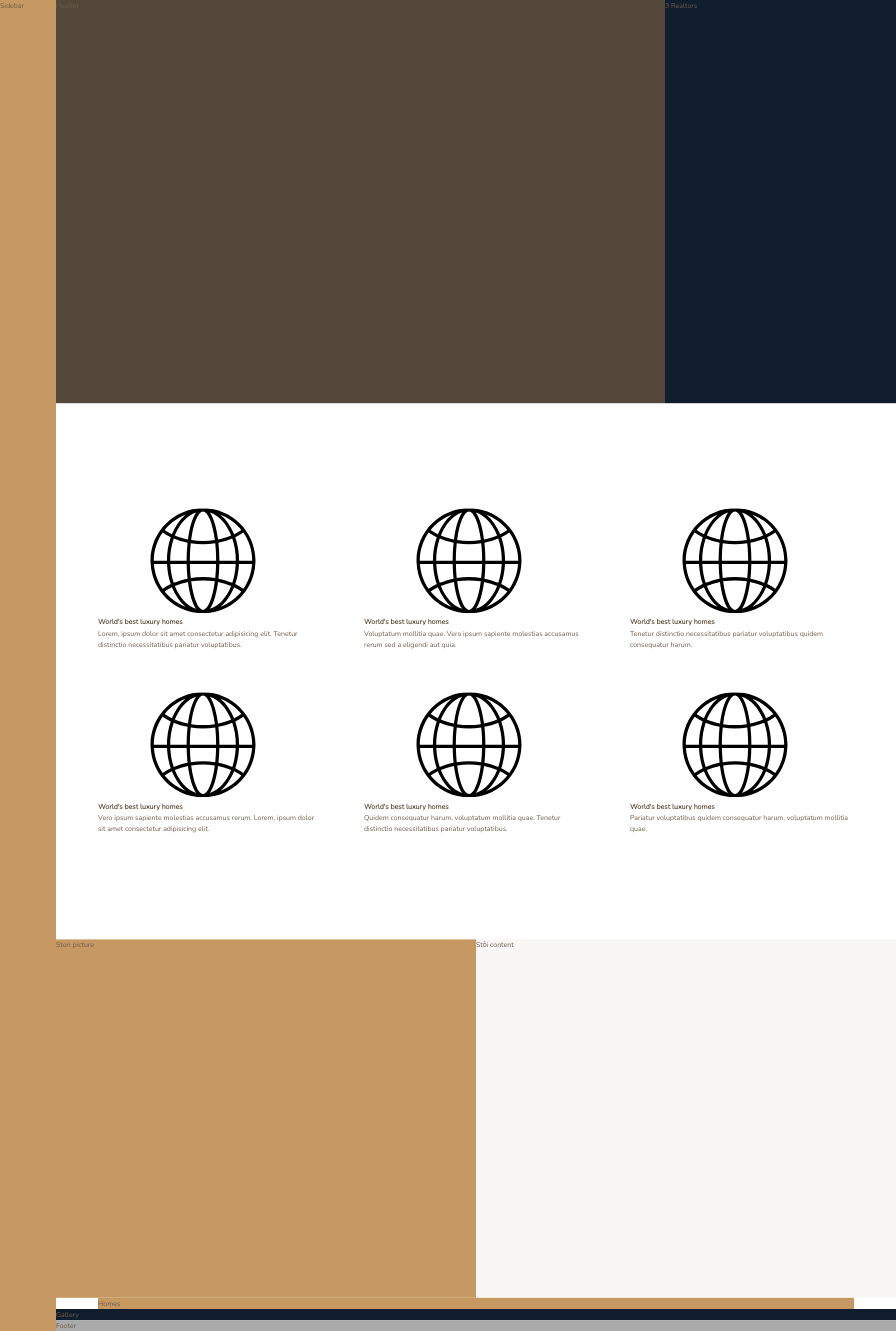
Repository: m2pd/your-home
Page: index.html
These files come from the project's save history. The page is drawn as it stood at one moment and after the next save; the edit follows.
The browser window is 1280 px wide. The pictures show the whole page, at 70% of full size.
The style sheet was rebuilt from its Sass, Less or Tailwind sources for each picture, by a compiler version that may differ from the author's.

Above is the page before, as saved 2020-02-27 09:19:31.

After the next save:
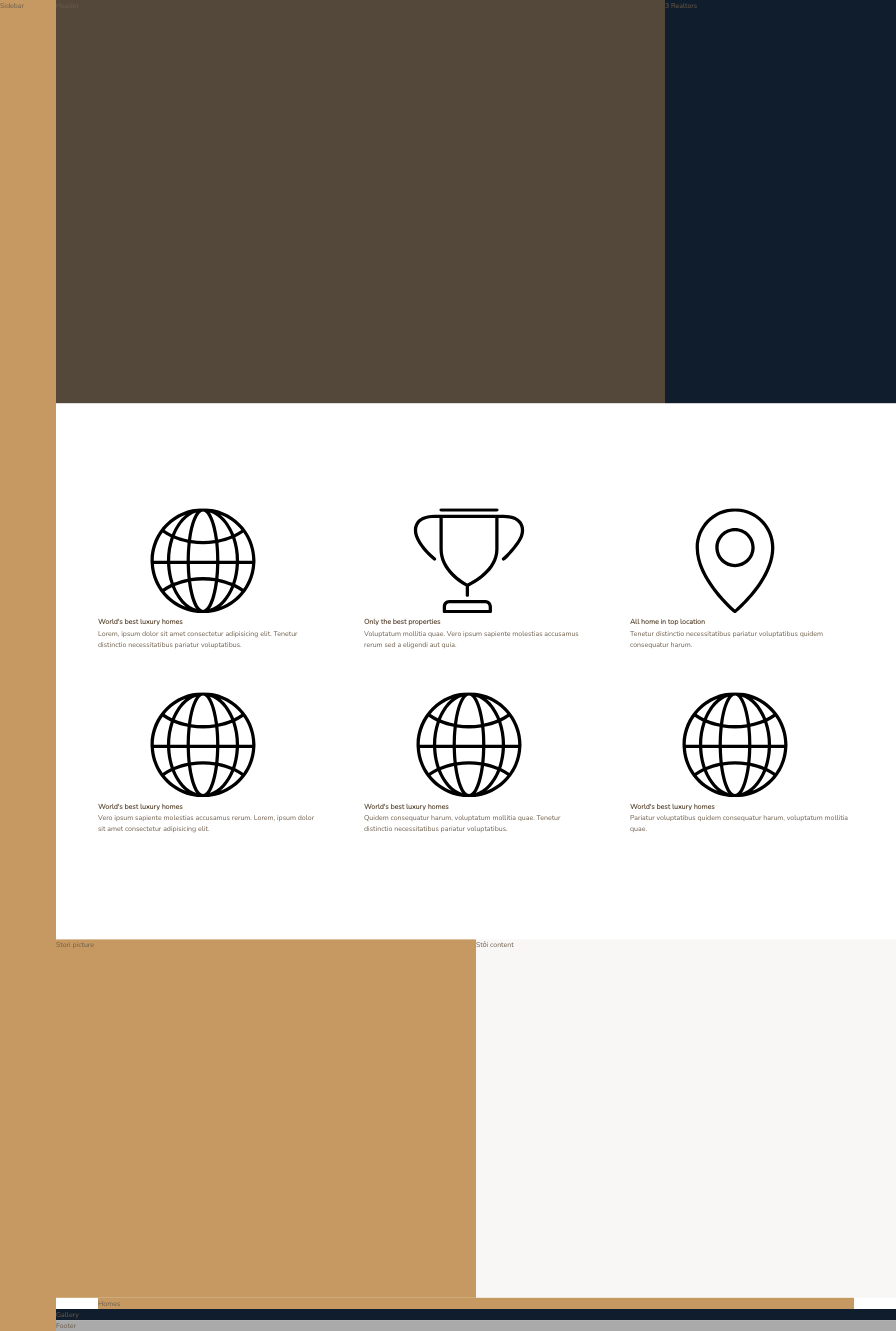
Saved 107 s later.
--- a/index.html
+++ b/index.html
@@ -38,9 +38,9 @@
 
             <div class="feature feature-2">
                 <svg class="feature__icon">
-                    <use xlink:href="img/sprite.svg#icon-global"></use>
+                    <use xlink:href="img/sprite.svg#icon-trophy"></use>
                 </svg>
-                <h4 class="heading-4">World's best luxury homes</h4>
+                <h4 class="heading-4">Only the best properties</h4>
                 <p class="feature__text">
                     Voluptatum mollitia quae. Vero ipsum sapiente molestias accusamus rerum sed a eligendi aut quia.
                 </p>
@@ -48,9 +48,9 @@
 
             <div class="feature feature-3">
                 <svg class="feature__icon">
-                    <use xlink:href="img/sprite.svg#icon-global"></use>
+                    <use xlink:href="img/sprite.svg#icon-map-pin"></use>
                 </svg>
-                <h4 class="heading-4">World's best luxury homes</h4>
+                <h4 class="heading-4">All home in top location</h4>
                 <p class="feature__text">
                     Tenetur distinctio necessitatibus pariatur voluptatibus quidem consequatur harum.
                 </p>
